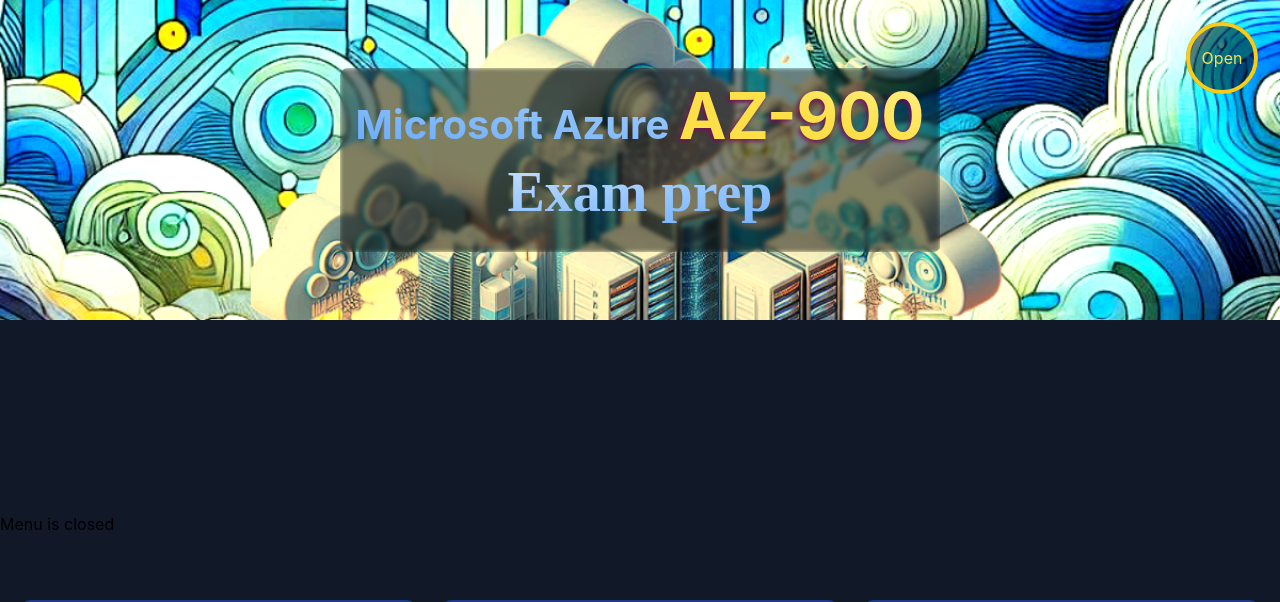
Repository: Freezler/az-900_svelte5
Page: /
The author's editor kept a copy of each file at every save. The page is drawn from the files as they stood at one save, then again after a run of saves.
The browser window is 1280 px wide. The pictures show the part of the page from y = 0 to 602 px (the page is 1958 px tall before and 1979 px after).
Pictures or frames that could not be fetched are drawn as grey boxes. The project was rebuilt for these pictures with package versions that can differ from the ones it lists, and the page was loaded fresh each time. The framework's server and built-in components were replaced by stand-ins that run in the browser. Also part of the build but not shown: vite.config.ts.

Above is the page before, as saved 2024-11-06 17:11:45.

### src/routes/+layout.svelte
<script lang="ts">
	import '../app.css';
	let { children } = $props();
</script>

<div class="bg-gray-900 bg-cover bg-center bg-no-repeat">{@render children()}</div>

### src/routes/+page.svelte
<script lang="ts">
	import Toggle from '../components/Toggle.svelte';
	import { fade } from 'svelte/transition';
	import Header from '../components/Header.svelte';
	import Popover from '../components/Popover.svelte';
	import Cards from '../components/Cards.svelte';
	import Login from '../components/Login.svelte';
	let name = $state('Randy');
	let status: 'OPEN' | 'CLOSED' = $state('OPEN');
	let full_name = $derived(name + ' ' + 'de vries');

	function toggle() {
		status = status === 'OPEN' ? 'CLOSED' : 'OPEN';
	}

	function onclick() {
		status = status === 'OPEN' ? 'CLOSED' : 'OPEN';
	}
</script>

<header in:fade={{ duration: 600 }}>
	<Header />
	<Popover />
</header>
<main>
	<section><Cards /></section>
</main>
<aside><Toggle /></aside>
<footer><Login /></footer>

### src/app.css
@tailwind base;
@tailwind components;
@tailwind utilities;

:root{
  --text-color:  rgba(244, 205, 48, 0.888);
  --bg-color: hsla(217, 87%, 3%, 0.298);
  --bg-color2: hsla(218, 58%, 8%, 0.974);
  --bg-gradient: 135deg, rgba(237, 249, 10,.7) 0%, rgba(216, 204, 37,0.7) 35%, rgba(0,212,255,0.7) 100%;
  --bg-gradient2: 90deg, rgba(216, 204, 37,0.5)  0%, rgba(0,212,255,0.5) 70%;
}

* {
  margin: 0;
  padding: 0;
  box-sizing: border-box;
  user-select: none;
  /* outline: 1px dotted red; */
}

body {
  font-family: 'Inter', sans-serif;

}

### src/components/Toggle.svelte
<script lang="ts">

	let name = $state('Randy');
	let status: 'DARK' | 'LIGHT' = $state('DARK');
	let full_name = $derived(name + ' ' + 'de vries');

	function toggle() {
		status = status === 'DARK' ? 'LIGHT' : 'DARK';
	}

	function onclick() {
		status = status === 'DARK' ? 'LIGHT' : 'DARK';
	}
</script>

<div class="max-w-[400px] mx-auto grid place-items-center items-center justify-center gap-6 border-2 p-4">
		<p class="text-2xl font-serif text-white ">
			set theme: <span class="font-sans {status === 'LIGHT' ? 'text-gray-200' : 'text-red-900'}">{status}</span>
		</p>

		<!-- <button on:click={toggle}>toggle status</button> -->
		<button
			class=" w-[176px] rounded bg-blue-500 px-4 py-2 font-bold text-white hover:bg-blue-700 active:scale-[.98]"
			type="button"
			onclick={toggle}>Toggle theme</button
		>
	</div>

### src/components/Header.svelte
<script lang="ts">
	// Declare props
	let { name = 'AZ-900' } = $props();

	// Local state for the surname
	let surname = $state('Exam prep');

	// Derived state for the full name
	let full_name = $derived(`${name} ${surname}`);
</script>

<div
	class="z-100 mx-auto grid h-80 place-content-center place-items-center items-start mb-48 justify-center bg-[url('/public/images/headImage.png')] bg-cover bg-top"
>
	<div class="grid backdrop-blur-[2px] px-4 rounded-lg backdrop-brightness-[.50] pb-4">
		<h1
			class="shadow-[rgba(7, 25, 224, 0.9)] drop bg-clip-text text-center text-[clamp(1rem,5vw,2.5rem)] font-bold text-transparent bg-gradient-to-tr from-blue-400 via-blue-300 to-blue-700  drop-shadow-[-2px_2px_2px_rgba(137, 25, 224, 0.9)]"
		>
			Microsoft Azure <span
				class="bg-gradient-to-tr from-yellow-300 via-yellow-300 to-yellow-200 bg-clip-text text-[clamp(2.8rem,5vw,8.5rem)] font-bold text-transparent drop-shadow-[-2px_2px_2px_rgba(120,10,90,0.9)]"
				>{name}</span
			>
		</h1>
		<h3
			class="bg-clip-text text-6xl text-center text-[clamp(1rem,5vw,3.5rem)] font-[700] font-[cursive] bg-gradient-to-br from-blue-100 via-blue-300 to-blue-400 pb-4 text-transparent backdrop-filter backdrop-blur-[2px]  backdrop-brightness-[.70] drop-shadow-[-2px_2px_2px_rgba(137, 25, 224, 0.9)]"
		>
			{surname}
		</h3>
	</div>
</div>

### src/components/Popover.svelte
<script>
  let isMenuOpen = false;

  function toggle() {
    console.log('Toggle function called');
    isMenuOpen = !isMenuOpen;
    console.log('isMenuOpen is now:', isMenuOpen);
  }

  $: console.log('isMenuOpen reactive statement:', isMenuOpen);
</script>

<button
  on:click={toggle}
  type="button"
  class="z-100 fixed right-0 top-0 m-[22px] size-[72px] rounded-full border-4 border-yellow-400 text-yellow-300 backdrop-brightness-[.50] transition-all hover:bg-[hsl(210,55%,8%,0.4)] flex items-center justify-center"
>
  {#if !isMenuOpen}
    Open
  {:else}
    Close
  {/if}
</button>

{#if isMenuOpen}
  <div>Menu is open</div>
{:else}
  <div>Menu is closed</div>
{/if}

### src/components/Cards.svelte
<script>
	import { fade, fly,slide } from 'svelte/transition';
	// Define your plans as an array of objects
	const plans = [
		{
			url: 'concepts',
			image:
				'https://plus.unsplash.com/premium_photo-1681488035387-675b10c6b4e6?q=80&w=1589&auto=format&fit=crop&ixlib=rb-4.0.3&ixid=M3wxMjA3fDB8MHxwaG90by1wYWdlfHx8fGVufDB8fHx8fA%3D%3D',
			name: 'Cloud Concepts',
			features: [
				'Cloud Models: Learn the basics of Public, Private, and Hybrid cloud models',
				'Cloud Services: Understand IaaS, PaaS, and SaaS, and when to use each.',
				'Benefits of Cloud: Explore key benefits like scalability, elasticity, agility, and disaster recovery.'
			]
		},
		{
			url: 'services',
			image:
				'https://images.unsplash.com/photo-1667372459510-55b5e2087cd0?q=80&w=1932&auto=format&fit=crop&ixlib=rb-4.0.3&ixid=M3wxMjA3fDB8MHxwaG90by1wYWdlfHx8fGVufDB8fHx8fA%3D%3D',
			name: 'Azure Core Services',
			features: [
				'Core Resources: Virtual Machines, App Services, Functions, and Kubernetes Service',
				'Regions & Availability Zones: Learn how Azure ensures high availability and resilience.',
				'Compute, Networking, and Storage Basics: Overview of Azure’s core infrastructure.'
			]
		},
		{
			url: 'security',
			image:
				'https://plus.unsplash.com/premium_photo-1700830452756-1a3f4314e564?q=80&w=1674&auto=format&fit=crop&ixlib=rb-4.0.3&ixid=M3wxMjA3fDB8MHxwaG90by1wYWdlfHx8fGVufDB8fHx8fA%3D%3D',
			name: 'Security, Privacy, Compliance & Trust',
			features: [
				'Security Tools: Introduction to Security Center, Key Vault, and Azure Firewall',
				'Compliance & Privacy: Learn about Azure’s compliance standards and data protection practices.',
				'Identity Services: Basics of Azure Active Directory, MFA, and role-based access control (RBAC).'
			]
		}
	];
</script>

<section
	class=" mx-auto my-16 grid grid-cols-1 gap-0 md:grid-cols-2 md:gap-4 md:px-4 lg:grid-cols-3"
	in:fade={{ duration: 600 }}
>
	{#each plans as plan}
		<div
			class=" subgrid grid w-full place-items-center gap-4 mb-8 rounded-2xl border-2 border-blue-900 pb-6"
		>
			<img
				src={plan.image}
				class="object-fit h-[208px] w-full object-cover rounded-t-2xl"
				loading="lazy"
				alt="tech used"
			/>
			<div class="subgrid grid">
				<h2 class="subgrid grid p-2 font-bold text-white">{plan.name}</h2>
			</div>
			<div class="subgrid grid-col-4 grid text-pretty px-8 text-sm">
				{#each plan.features as feature}
					<p class="my-2 text-pretty text-white">{feature}</p>
				{/each}
			</div>
			<button

				type="button"
				class="action mx-auto my-4 w-[180px] rounded border bg-indigo-500 px-4 py-2 text-white hover:bg-[hsl(210,55%,80%,1)]"
				><a href="/{plan.url}">Learn more</button
			>
		</div>
	{/each}
</section>

### src/components/Login.svelte
<script>
	import { onMount } from 'svelte';
	let user = $state('Stranger');
	/**
	 * @param {any} response
	 */
	// function googleLoginEndpoint(response) {
	//   console.log('Google login successful:', response);
	// }

	// onMount(() => {
	//   const script = document.createElement("script");
	//   script.src = "https://accounts.google.com/gsi/client";
	//   script.async = true;
	//   script.defer = true;
	//   document.head.appendChild(script);
	// });
</script>

<div class="flex min-h-[60vh] items-center justify-center py-16">
	<div class="flex w-full max-w-4xl flex-col overflow-hidden rounded-lg shadow-lg md:flex-row">
		<!-- Left side: Logo and Welcome message -->
		<div
			class="flex flex-col items-center justify-center bg-[url('/public/images/headImage.png')] bg-cover bg-center object-cover p-14 text-white md:w-1/2 "
		>
			<img
				src="/public/images/Design 2.png"
				alt="Ran form Logo"
				class="mb-4 h-40 w-40 rounded-full"
			/>
			<h2 class="text-2xl font-semibold p-2 rounded-xl bg-slate-600/50  ">Good Evening {user}!</h2>
			<p class="mt-2 text-center text-lg rounded-xl bg-slate-600/50  p-2 ">Log in to your account!</p>
		</div>

		<!-- Right side: Login Form -->
		<div
			class="flex flex-col items-center justify-center bg-cover bg-center bg-no-repeat p-24  md:w-1/2 bg-gradient-to-r from-[hsla(54,100%,64%,0.4)] 10%, to-[hsla(179,79%,43%,0.4)]"
		>
			<!-- Google Login Button -->
			<div
				id="g_id_onload"
				data-client_id="YOUR_GOOGLE_CLIENT_ID"
				data-context="signin"
				data-callback="googleLoginEndpoint"
				data-close_on_tap_outside="false"
				data-prompt_parent_id="g_id_onload"
			></div>

			<button
				class="flex w-full items-center justify-center space-x-2 rounded-full border border-gray-300 bg-white py-2 shadow-md hover:bg-gray-50 focus:outline-none"
			>
				<span class="fab fa-google text-gray-500"></span>
				<span class="text-gray-700">Continue with Google</span>
			</button>

			<!-- Divider -->
			<div class="my-4 flex w-full items-center">
				<hr class="flex-grow border-t border-gray-300" />
				<span class="px-3 text-gray-500">OR</span>
				<hr class="flex-grow border-t border-gray-300" />
			</div>

			<!-- Email Login Button -->
			<button
				class="flex w-full items-center justify-center space-x-2 rounded-full border border-gray-300 bg-white py-2 shadow-md hover:bg-gray-50 focus:outline-none"
			>
				<span class="fa fa-user text-gray-500"></span>
				<span class="text-gray-700">Enter Email & Password</span>
			</button>

			<!-- Sign up and Terms Links -->
			<div class="mt-6 w-full text-center">
				<p class="text-sm">
					Don't have an account? <a href="_blank" class="text-blue-600 hover:underline">Sign up</a>
				</p>
				<p class="mt-2 text-xs text-gray-500">
					By continuing, you agree to our <a href="_blank" target="_blank" class="hover:underline"
						>Terms of Service</a
					>
					and
					<a href="_blank" target="_blank" class="hover:underline">Privacy Policy</a>.
				</p>
			</div>
		</div>
	</div>
</div>

### tailwind.config.ts
import aspectRatio from '@tailwindcss/aspect-ratio';
import containerQueries from '@tailwindcss/container-queries';
import forms from '@tailwindcss/forms';
import typography from '@tailwindcss/typography';
import type { Config } from 'tailwindcss';

export default {
	content: ['./src/**/*.{html,js,svelte,ts}'],


	theme: {
		extend: {
			animation: {



			},

			keyframes: {

			}

		}
	},

	plugins: [typography, forms, containerQueries, aspectRatio]
} satisfies Config;

Loaded but not shown: src/app.html (common file)

After the next 2 saves:
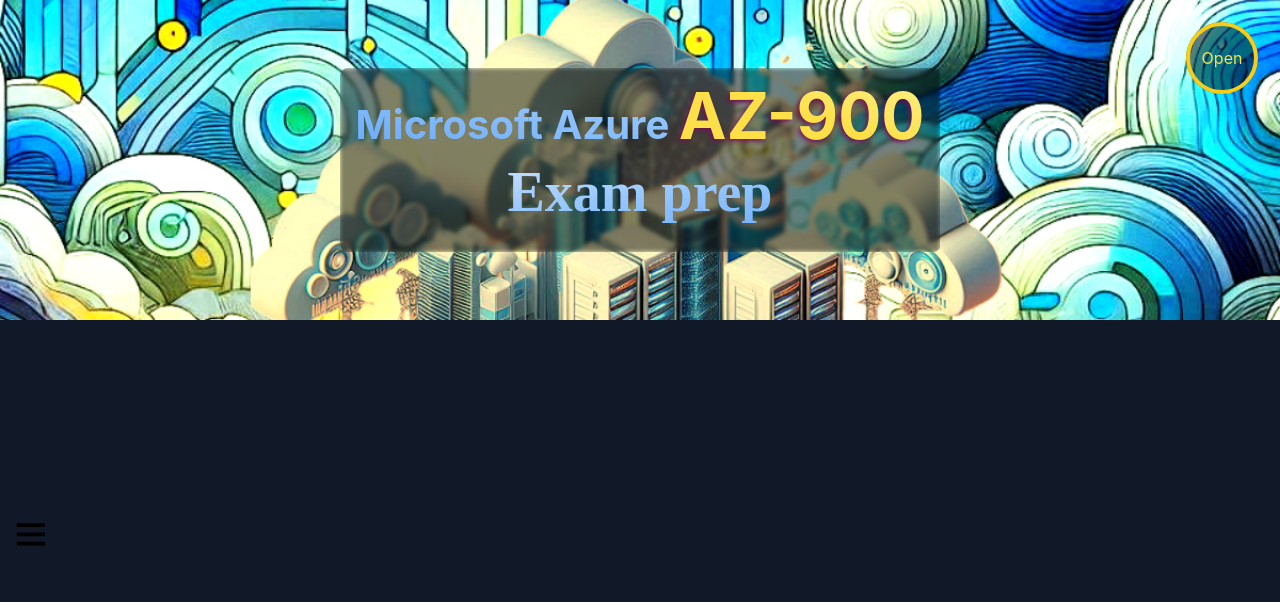
The 2 saves are shown as one change because 1 did not build or start.
The last was saved 2 min 12 s later.
--- a/src/components/Popover.svelte
+++ b/src/components/Popover.svelte
@@ -22,8 +22,50 @@
   {/if}
 </button>
 
+ {#if !isMenuOpen}
+    <svg
+      xmlns="http://www.w3.org/2000/svg"
+      width="2.8rem"
+      height="2.8rem"
+      viewBox="0 0 12 24"
+      {...$$props}
+      on:click={toggle}
+      on:touchend={toggle}
+    >
+      <path
+        fill="currentColor"
+        d="M3 18h18v-2H3zm0-5h18v-2H3zm0-7v2h18V6z"
+        on:click={toggle}
+        on:touchend={toggle}
+      />
+    </svg>
+  {:else}
+    <svg
+      xmlns="http://www.w3.org/2000/svg"
+      width="2.8rem"
+      height="2.8rem"
+      viewBox="0 0 14 24"
+      {...$$props}
+      on:click={toggle}
+      on:touchend={toggle}
+    >
+      <path
+        fill="currentColor"
+        d="M19 6.41L17.59 5L12 10.59L6.41 5L5 6.41L10.59 12L5 17.59L6.41 19L12 13.41L17.59 19L19 17.59L13.41 12z"
+        on:click={toggle}
+        on:touchend={toggle}
+      />
+    </svg>
+  {/if}
+
+
 {#if isMenuOpen}
-  <div>Menu is open</div>
-{:else}
-  <div>Menu is closed</div>
+  <div
+    class="z-100 fixed bottom-0 left-0 mt-auto h-[42vh] w-full border-t-2 border-[--text-color] bg-blue-500/20 text-center shadow-md backdrop-blur-md backdrop-brightness-[.30]"
+    id="menu"
+    role="menu"
+    in:fly={{ duration: 400, delay: 200, y: 300 }}
+  >
+    <!-- Menu content here -->
+  </div>
 {/if}
